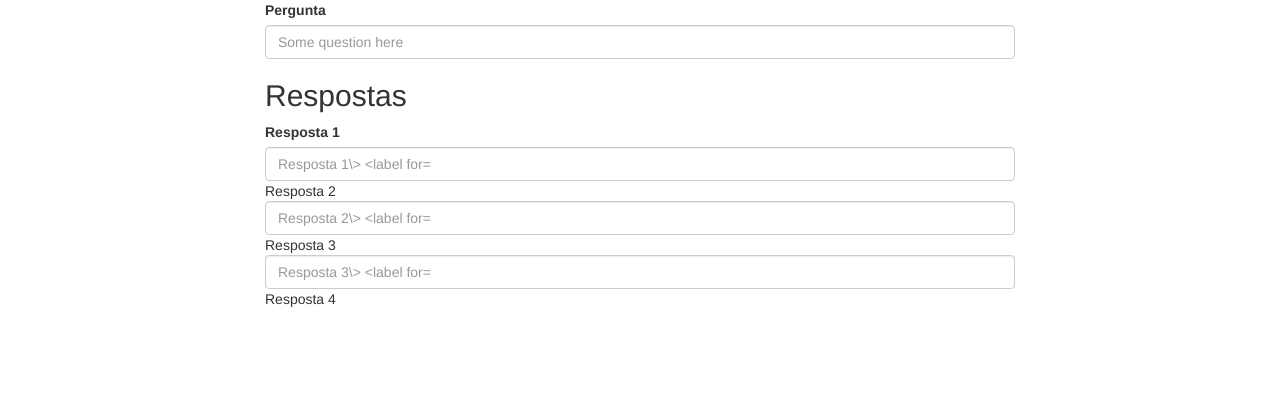
Repository: brunoUnigranrio/TDEs-Daw
Page: http://localhost/TDE1/sucesso.jsp
The author's editor kept a copy of each file at every save. The page is drawn from the files as they stood at one save, then again after the next save.
The browser window is 1280 px wide. The pictures show the whole page.
The page is served by Tomcat 9.

Above is the page before, as saved 2019-06-16 20:35:57.
Console error (its wording comes from the project's code and is left out).

After the next save:
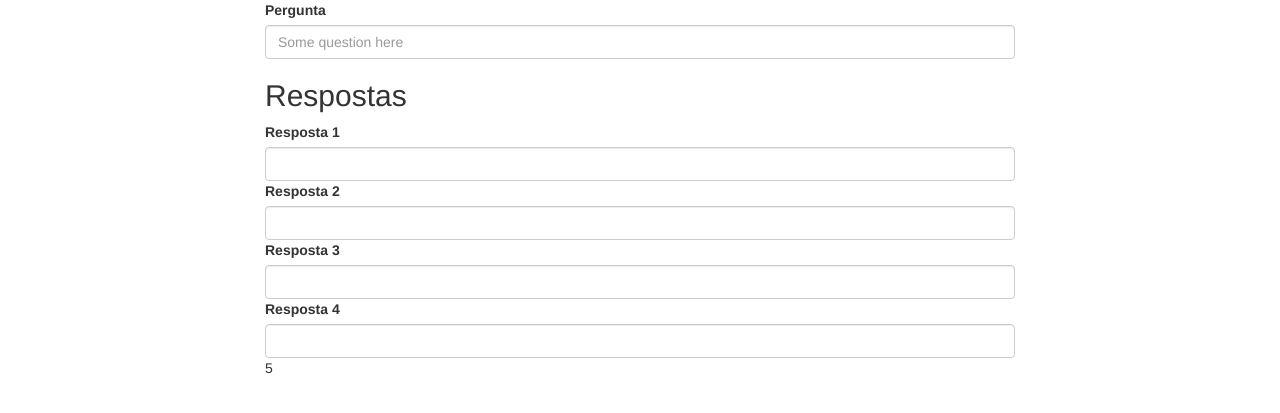
Saved 71 s later.
--- a/TDE1/WebContent/sucesso.jsp
+++ b/TDE1/WebContent/sucesso.jsp
@@ -32,7 +32,7 @@
 		"<label for=\"r1\">Resposta " + i + "</label>"
 			  );
 	 out.println(
-			 " <input type=\"text\" class=\"form-control\" id=\"r" +i + "\" placeholder=\"Resposta " +i+ "\\> "
+			 " <input type=\"text\" class=\"form-control\" id=\"r" +i + " placeholder=\"Resposta " +i+ "\\> "
 			 );
 
   }
